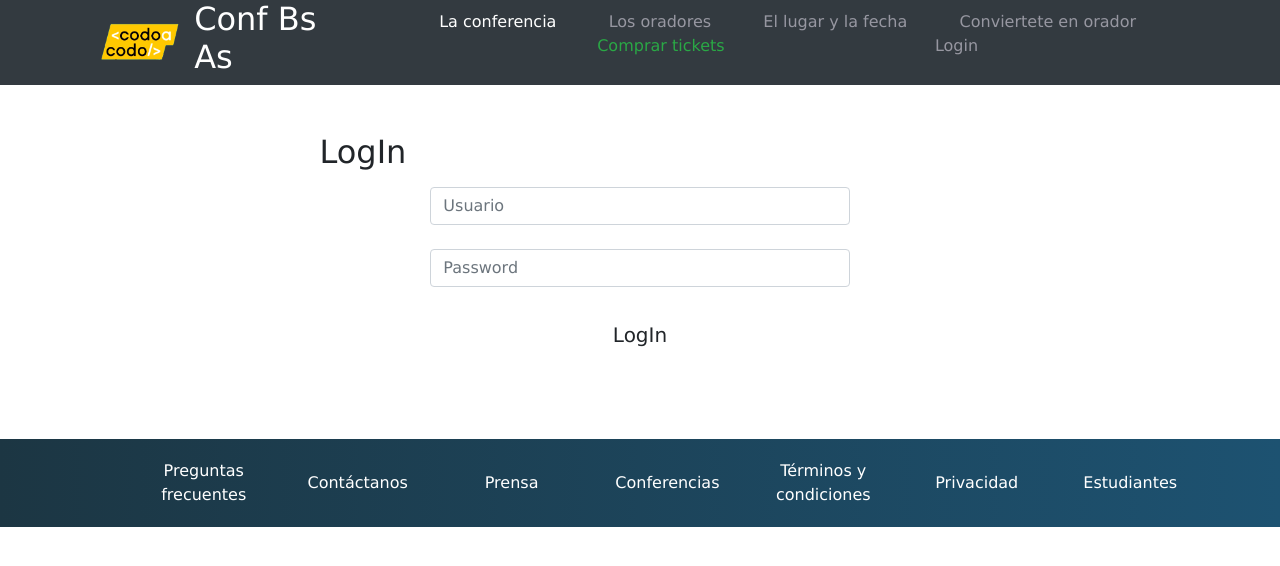
Repository: carolinaeramirez/tpntegrador_cac_23552
Page: http://localhost/integrador_cac/login.jsp
The author's editor kept a copy of each file at every save. The page is drawn from the files as they stood at one save, then again after the next save.
The browser window is 1280 px wide. The pictures show the whole page.
The page is served by Tomcat 9.

Above is the page before, as saved 2023-12-15 20:04:28.

After the next save:
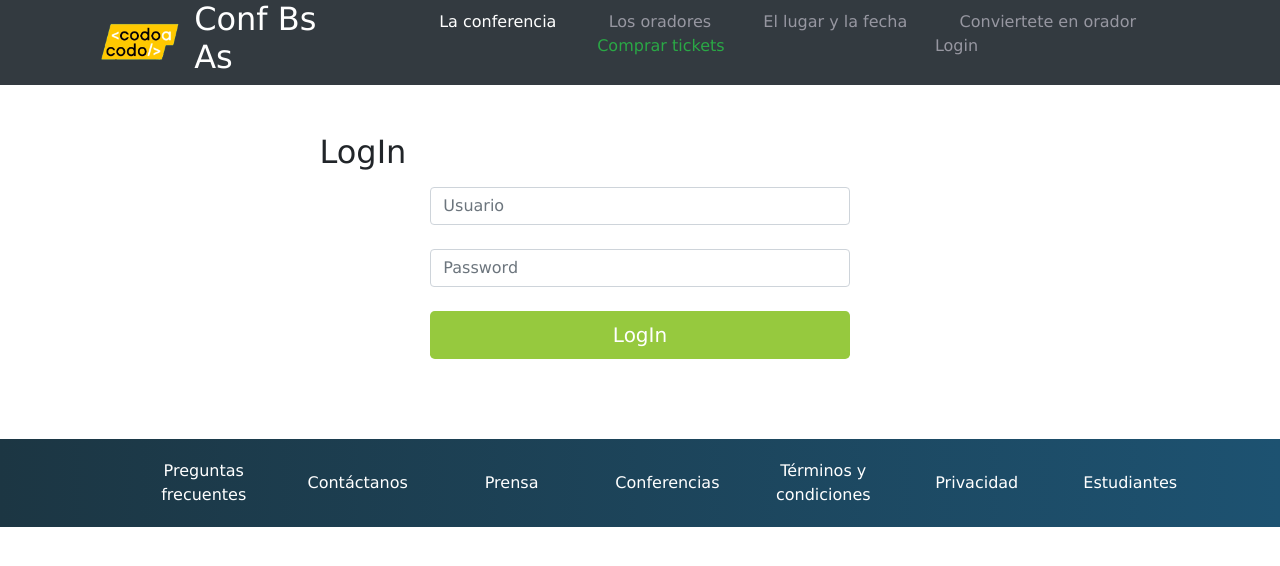
Saved 108 s later.
--- a/integrador_cac/src/main/webapp/css/estilos.css
+++ b/integrador_cac/src/main/webapp/css/estilos.css
@@ -363,6 +363,11 @@
   margin-bottom:10%
 
 }
+.btn-form {
+  background: #96c93e;
+  color: #fff !important;
+}
+.btn-form:hover { background: #74aa17; }
 .titulo-subtitulo {
   margin-top: 5%;
   display: flex;
